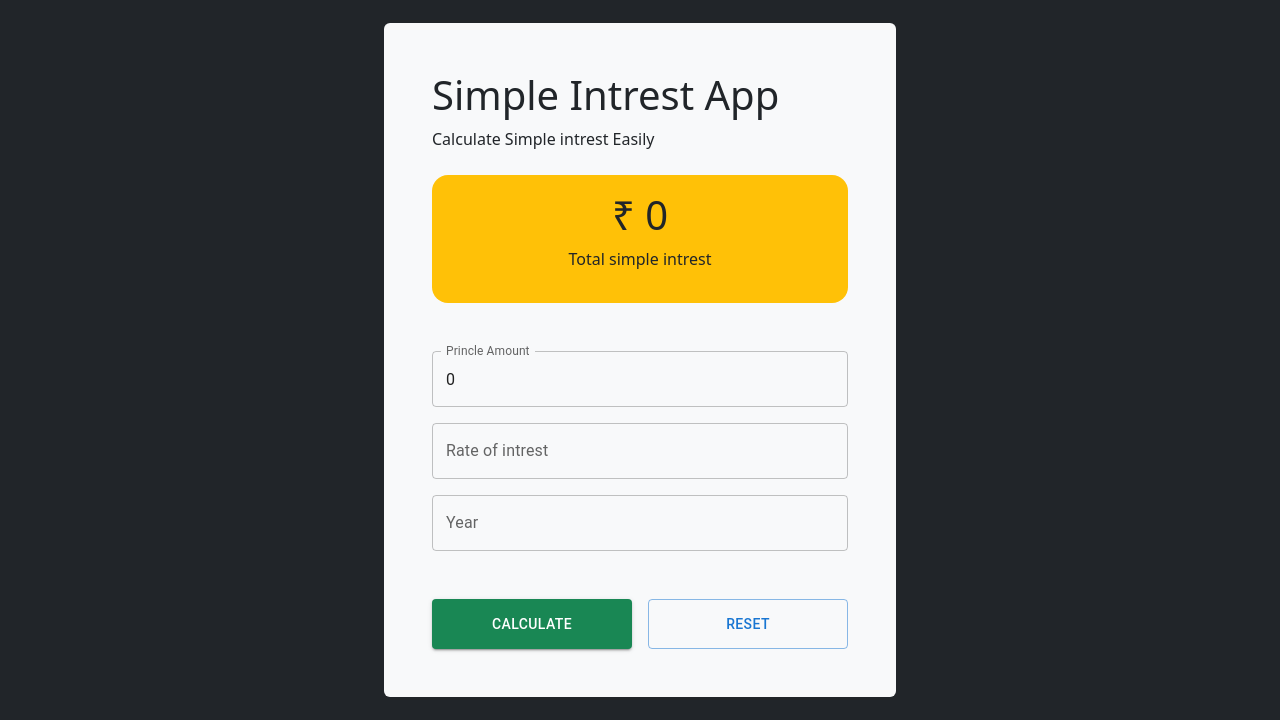
Repository: Afraz13/simple-intrest
Page: /
An editor plug-in stored every save of this project. The page is shown before and after the next save, followed by the edit.
The browser window is 1280 px wide. The pictures show the whole page.
The project was rebuilt for these pictures with package versions that can differ from the ones it lists, and the page was loaded fresh each time. Also part of the build but not shown: src/index.css, src/App.css.

Above is the page before, as saved 2024-07-16 10:59:16.

After the next save:
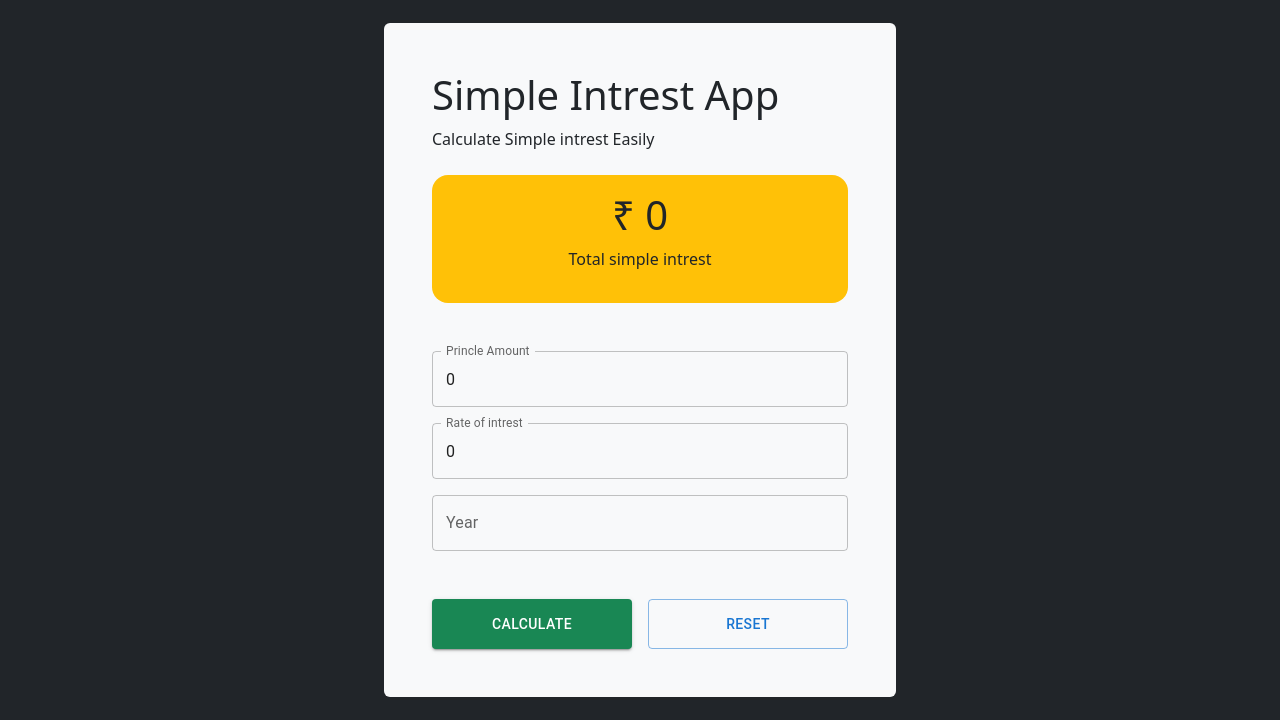
Saved 8 s later.
--- a/src/App.js
+++ b/src/App.js
@@ -28,7 +28,7 @@ function App() {
      <TextField value={principle} className='w-100' id="outlined-basic" label="Princle Amount" variant="outlined" />
      </div>
      <div className='mb-3'>
-     <TextField valu className='w-100' id="outlined-basic" label="Rate of intrest" variant="outlined" />
+     <TextField value={rate} className='w-100' id="outlined-basic" label="Rate of intrest" variant="outlined" />
      </div>
      <div className='mb-3'>
      <TextField className='w-100' id="outlined-basic" label="Year" variant="outlined" />
